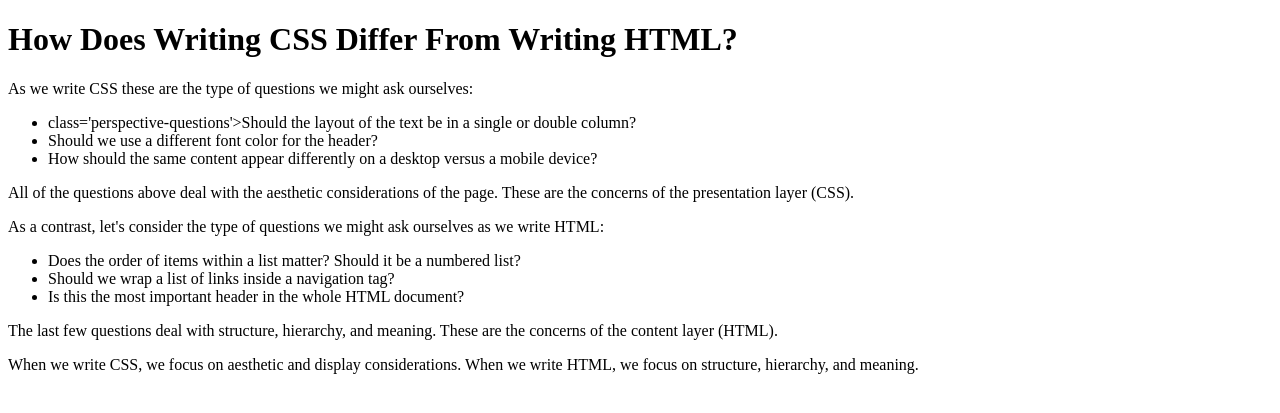
Repository: mrjayajay/week-1-code-challenges
Page: phase-0-css-intro-lab/index.html
These files come from the project's save history. The page is drawn as it stood at one moment and after the next save; the edit follows.
The browser window is 1280 px wide. The pictures show the whole page.

Above is the page before, as saved 2024-03-14 08:04:16.

After the next save:
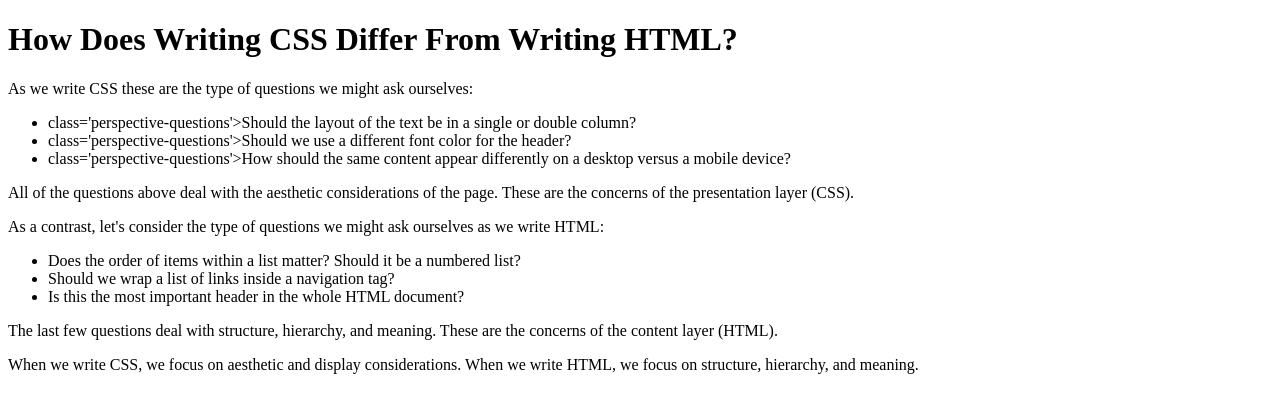
Saved 3 min 28 s later.
--- a/phase-0-css-intro-lab/index.html
+++ b/phase-0-css-intro-lab/index.html
@@ -14,8 +14,8 @@
 
       <ul>
         <li> class='perspective-questions'>Should the layout of the text be in a single or double column?</li>
-        <li class='perspective-questions'>Should we use a different font color for the header?</li>
-        <li class='perspective-questions'>How should the same content appear
+        <li> class='perspective-questions'>Should we use a different font color for the header?</li>
+        <li> class='perspective-questions'>How should the same content appear
           differently on a desktop versus a mobile device?</li>
       </ul>
 
